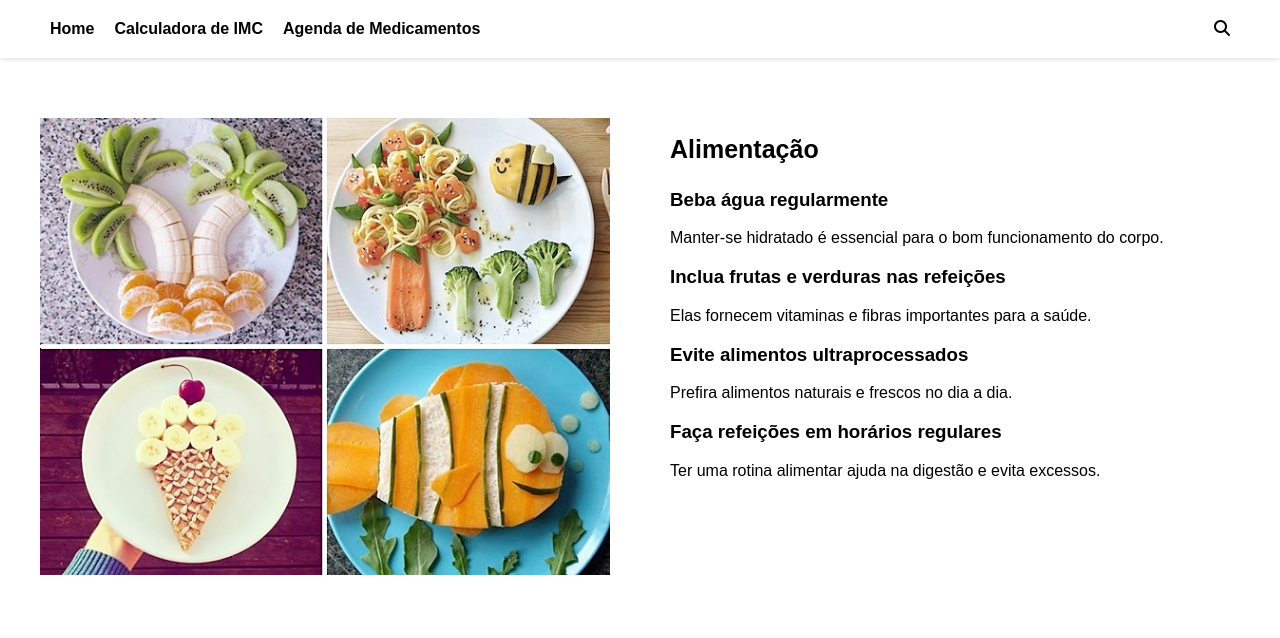
Repository: Cristiane-Sartori14/dicasSaude
Page: index.html
An editor plug-in stored every save of this project. The page is shown before and after the next save, followed by the edit.
The browser window is 1280 px wide. The pictures show the whole page.

Above is the page before, as saved 2025-05-18 21:42:32.

After the next save:
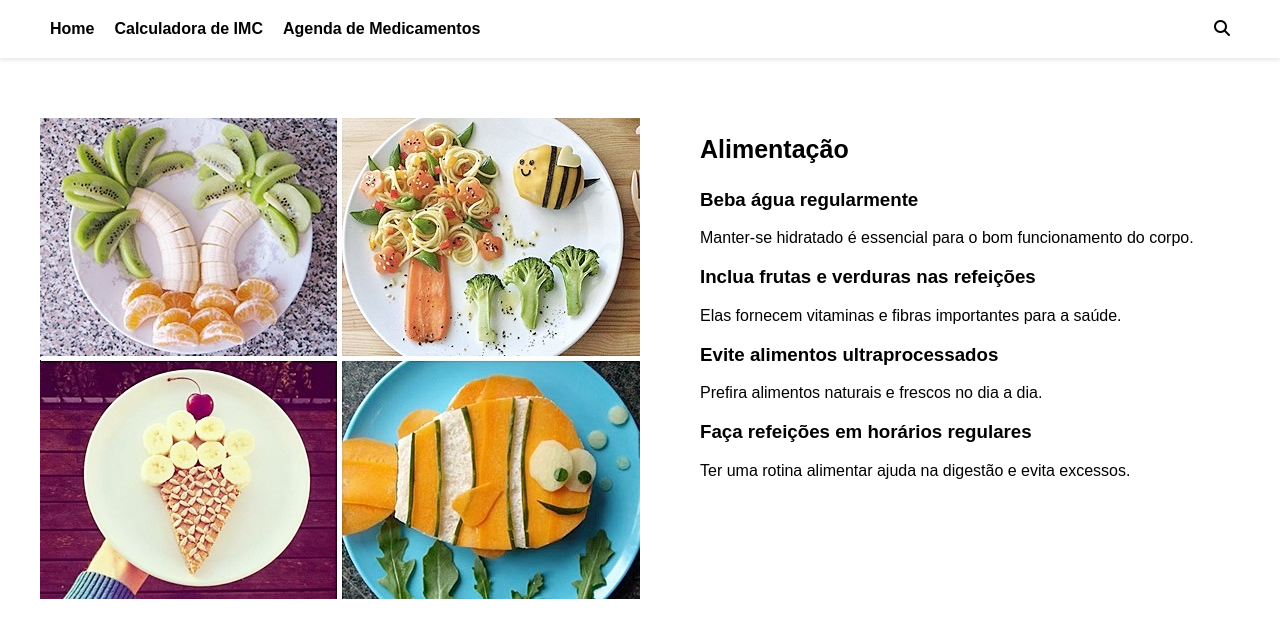
Saved 15 s later.
--- a/style.css
+++ b/style.css
@@ -54,7 +54,6 @@ body {
 }
 
 .health-image {
-  flex: 2;
   padding-right: 20px;
 }
 
